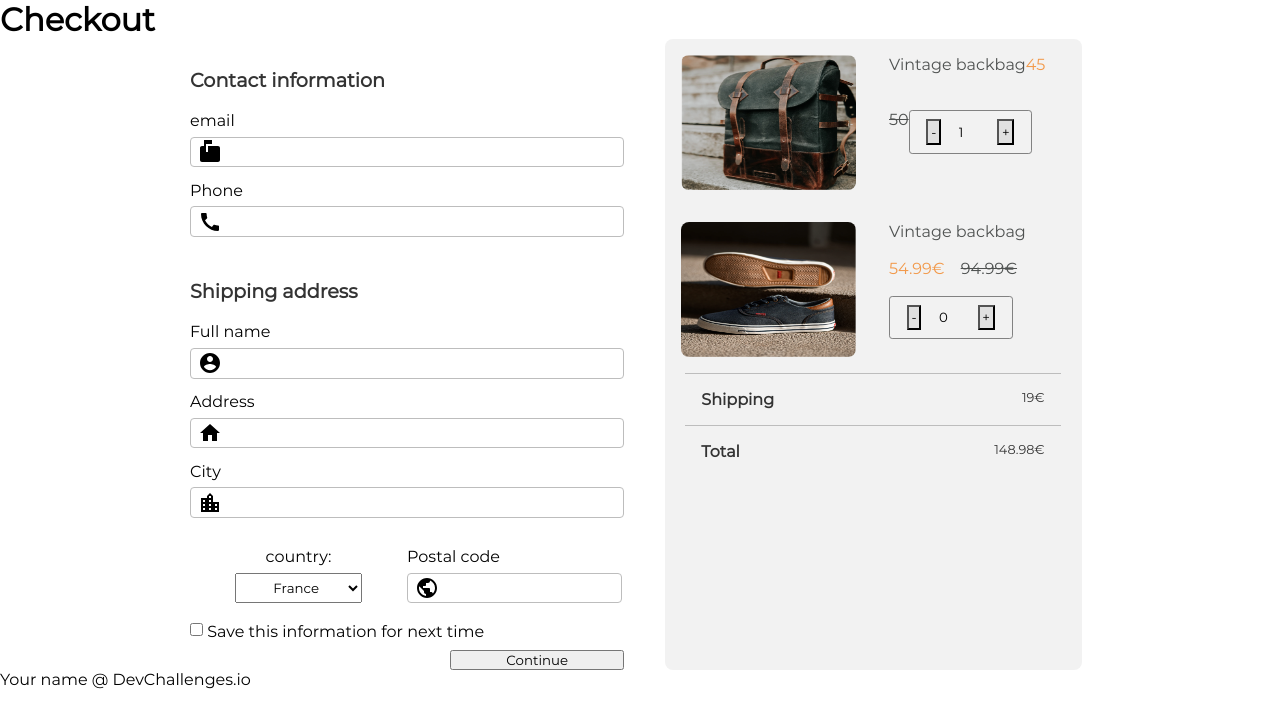
Repository: dubar-jeremy/checkout-page-master
Page: index.html
The author's editor kept a copy of each file at every save. The page is drawn from the files as they stood at one save, then again after the next save.
The browser window is 1280 px wide. The pictures show the whole page.
The style sheet was rebuilt from its Sass, Less or Tailwind sources for each picture, by a compiler version that may differ from the author's.

Above is the page before, as saved 2021-02-06 00:11:18.

After the next save:
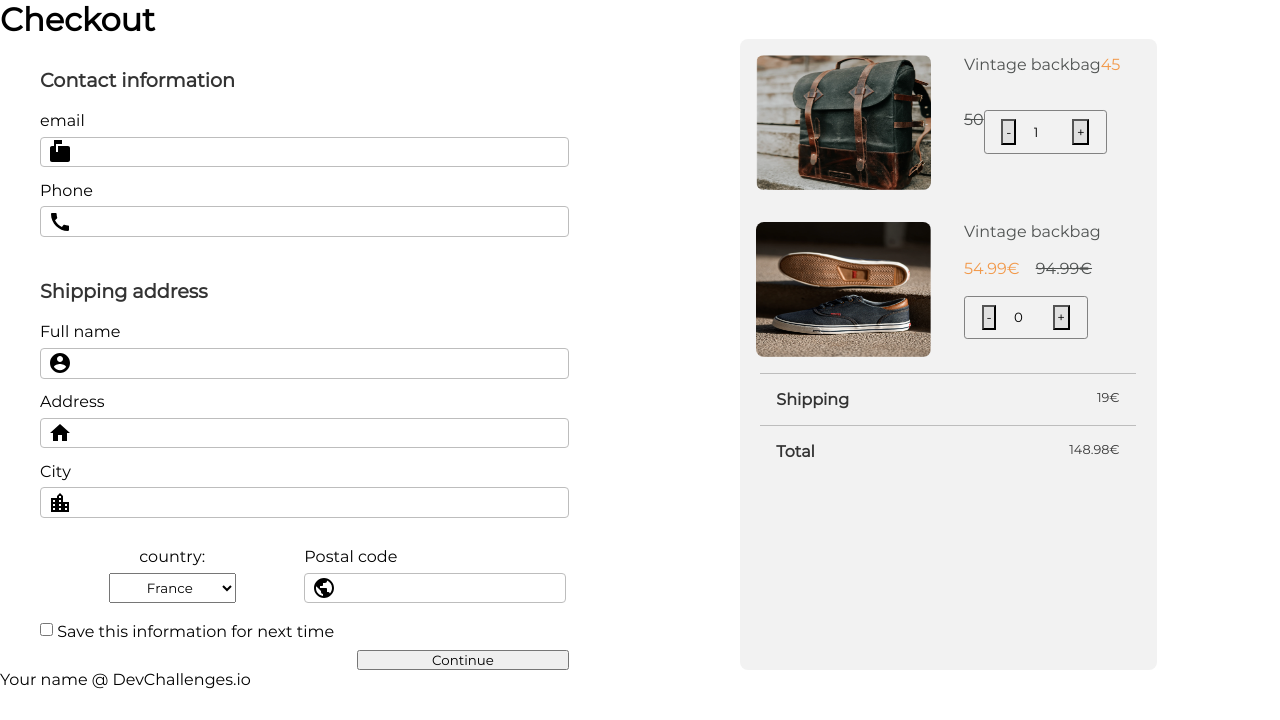
Saved 40 s later.
--- a/style/style.scss
+++ b/style/style.scss
@@ -34,7 +34,7 @@ $background-price: #f2f2f2;
   grid-template-columns: 1fr;
   margin: 1em;
   grid-gap: 2em;
-  max-width: 900px;
+  max-width: 1200px;
   margin: 0 auto;
 
   h1 {
